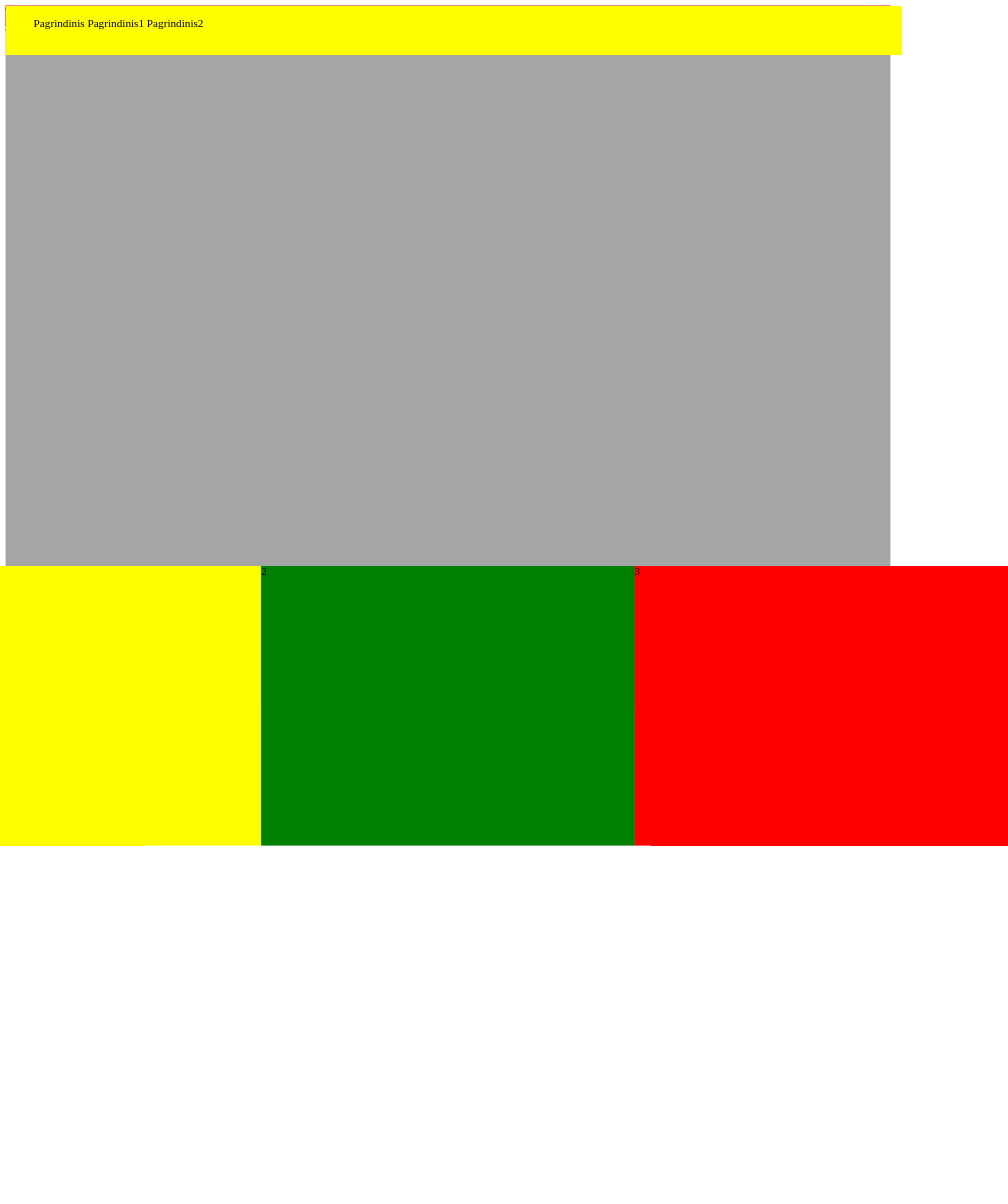
Repository: motiejus1/13-paskaita-05.31
Page: index.html
An editor plug-in stored every save of this project. The page is shown before and after a run of saves, followed by the edit.
The browser window is 1280 px wide. The page is 1440 px wide, so the pictures cover 1440 px, including what lies to the right of the window. The pictures show the part of the page from y = 0 to 1720 px (the page is 5038 px tall before and 5538 px after), at 70% of full size.

Above is the page before, as saved 2021-06-21 20:04:25.

### index.html
<!DOCTYPE html>
<html lang="en">
<head>
    <meta charset="UTF-8">
    <meta http-equiv="X-UA-Compatible" content="IE=edge">
    <meta name="viewport" content="width=device-width, initial-scale=1.0">
    <title>13 paskaita</title>
    <style>
        .container {
            height: 1000px;
            background-color: rgb(165, 165, 165) ;
            /* z-index: 2 ;  */
            position: relative;
        }

        .kvadratai {
            width: 1600px;
            position:absolute;
            left: 50%;
            transform: translate(-50%, -50%);
            top: 100%;
        }

        .kvadratas {
            width: 33.33%;
            height: 400px;
            float:left;

        }

        .footer {
            height: 5000px;
        }

        .zalia {
            background-color: green;
        }

        .geltona {
            background-color: yellow;
        }

        .raudona {
            background-color: red;
        }

        .kvadratelis {
            width: 50px;
            height: 50px;
            background-color: red;
            position:relative;
            /* z-index: 1; */

        }

        .container1 {
            height: 400px;
            background-color: rgb(126, 100, 100) ;
        }

        .menu {
            width: 100%;
            height: 70px;
            position:fixed;
        }

        ul {
            list-style: none;
        }

        li {
            display: inline-block;
        }

        .lipdukas {
            width:100%;
            height: 30px;
        }
    </style>


</head>

<body>
<!-- position relative ir position absolute -->

<!-- position relative  -->

<div class="container">

    <div class="menu geltona">
        <ul>
            <li>Pagrindinis</li>
            <li>Pagrindinis1</li>
            <li>Pagrindinis2</li>
        </ul>
    </div>

    <div class="kvadratai">
        <div class="kvadratas geltona">1</div>
        <div class="kvadratas zalia">2</div>
        <div class="kvadratas raudona">3</div>
    </div>

    <div class="lipdukas raudona">
        Tekstas
    </div>

    <div class="footer">
        Tekstas
    </div>


</div>



</body>
</html>

After the next 2 saves:
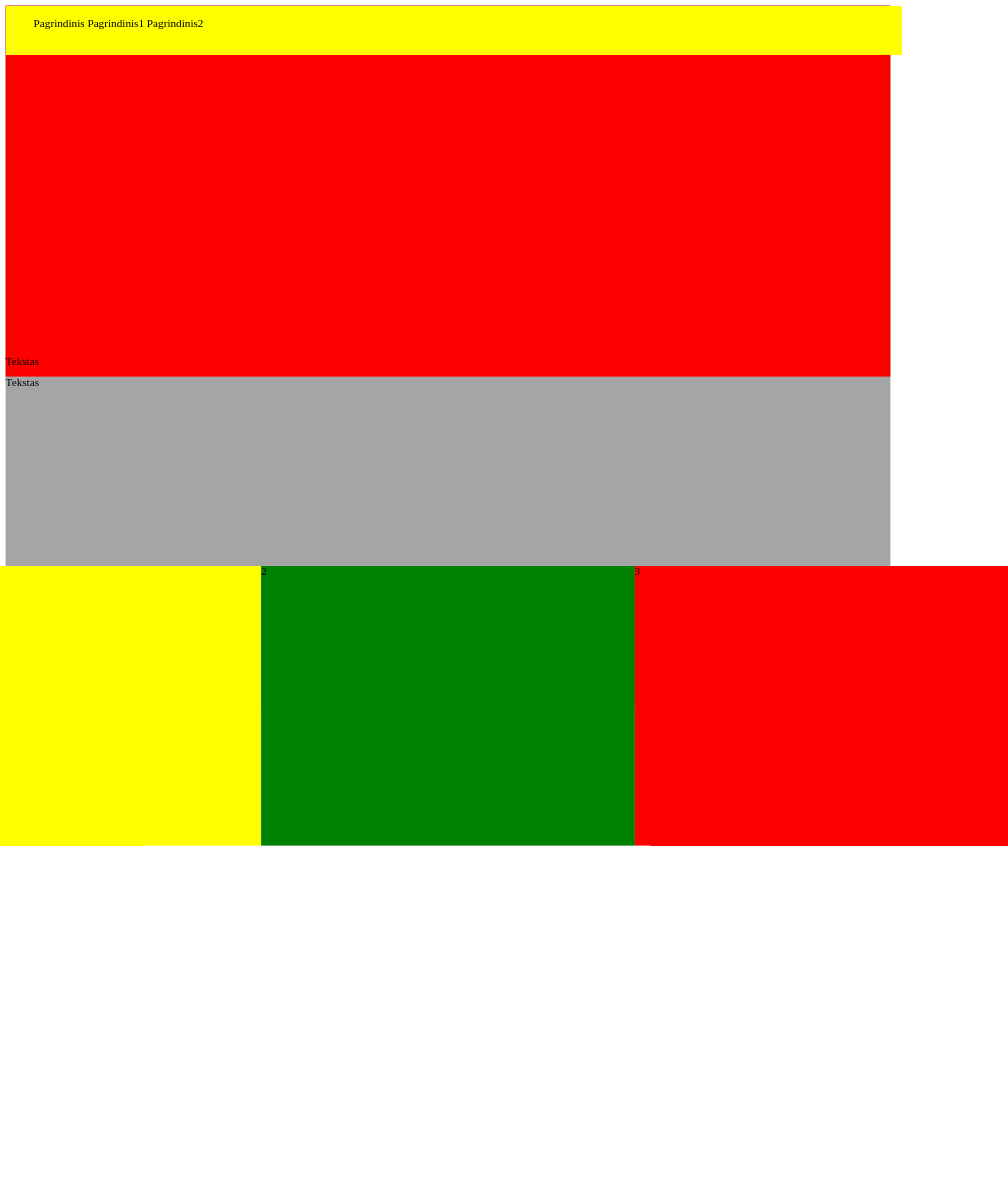
The 2 saves are shown as one change because they came seconds apart.
The last was saved 42 s later.
--- a/index.html
+++ b/index.html
@@ -75,6 +75,7 @@
         .lipdukas {
             width:100%;
             height: 30px;
+            padding-top: 500px;
         }
     </style>
 
